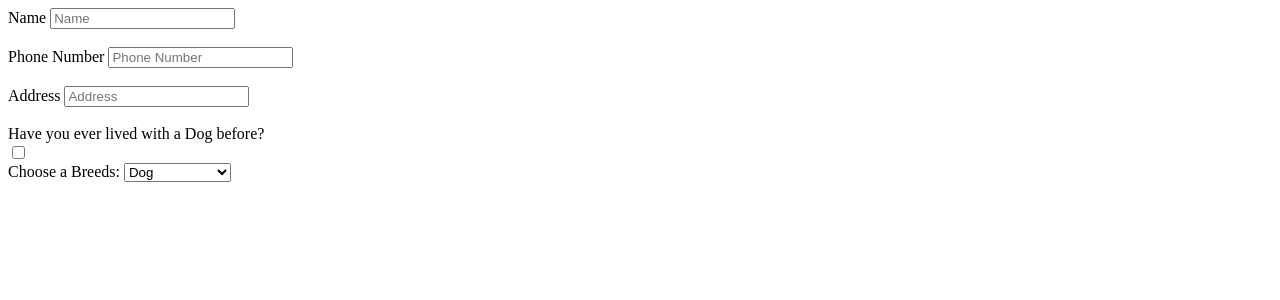
Repository: acciojob/dog-adoption-application-vandanayadav15
Page: main.html
These files come from the project's save history. The page is drawn as it stood at one moment and after a run of saves; the edit follows.
The browser window is 1280 px wide. The pictures show the whole page.

Above is the page before, as saved 2022-10-14 11:05:16.

### main.html
<!DOCTYPE html>

<html>

<head>
	<link rel="stylesheet" href="styles.css">
</head>

<body>
	<!-- the entire body must be written by student -->
	<form >
		<label>Name</label>
		<input type="text" id="name" , placeholder="Name" /><br><br>
		<label>Phone Number	</label>
		<input type="text" id="phone" placeholder="Phone Number"><br><br>
		<label>Address</label>
		<input type="text" id="address" placeholder="Address"><br><br>
		<label for="dog"> Have you ever lived with a Dog before?</label><br>
		<input type="checkbox" id="checkbox" value="Have you ever lived with a Dog before?"><br>
		<label for="cars">Choose a Breeds:</label>
		<select id="multiselect" name="Please select your preferred breeds">
			<option value="dog">Dog</option>
			<option value="cat">Cat</option>
			<option value="jermansefford">Jermansefford</option>
		</select><br><br>
		<lab
		<input type="submit" id="submit" value="Submit">

	</form>

	<script type="text/javascript" src="./script.js">
	</script>

</body>

</html>

### styles.css

/* Your CSS Code here. */

Loaded but not shown: script.js (common file)

After the next 2 saves:
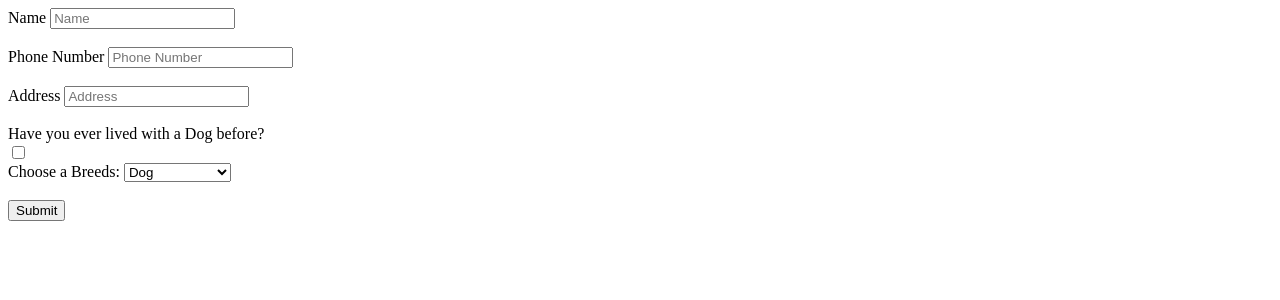
The 2 saves are shown as one change because they came seconds apart.
The last was saved 5 s later.
--- a/main.html
+++ b/main.html
@@ -23,7 +23,7 @@
 			<option value="cat">Cat</option>
 			<option value="jermansefford">Jermansefford</option>
 		</select><br><br>
-		<lab
+		<label></label>
 		<input type="submit" id="submit" value="Submit">
 
 	</form>
